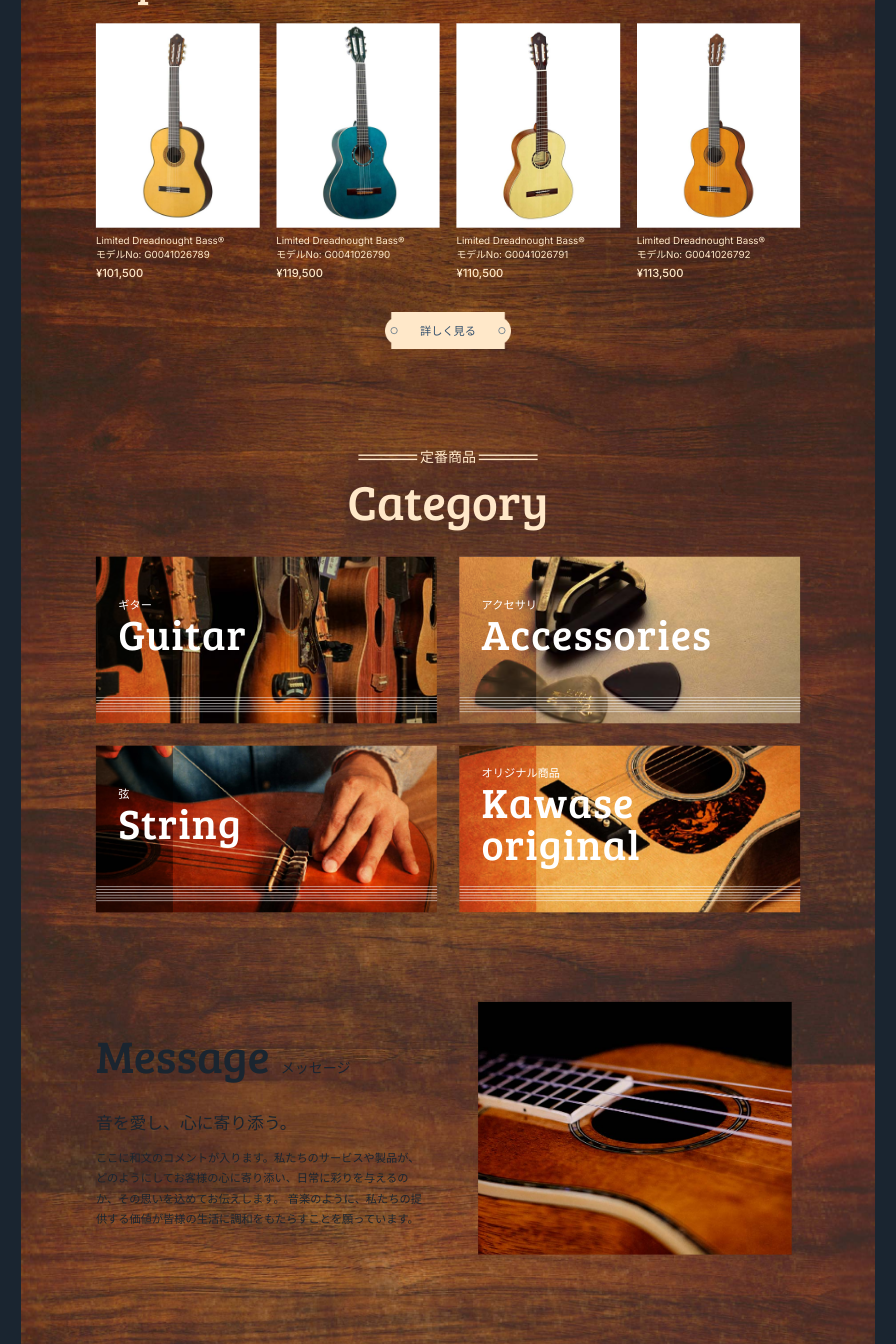
Repository: hyms035k/-----
Page: index.html
These files come from the project's save history. The page is drawn as it stood at one moment and after the next save; the edit follows.
The browser window is 1280 px wide. The pictures show the part of the page from y = 1526 to 3446 px (the page is 3446 px tall before and 3438 px after), at 70% of full size.
Some web fonts or font styles are not loaded; a fallback is used. Some web libraries are served in a nearby version. The style sheet was rebuilt from its Sass, Less or Tailwind sources for each picture, by a compiler version that may differ from the author's.

Above is the page before, as saved 2025-06-05 16:28:43.

After the next save:
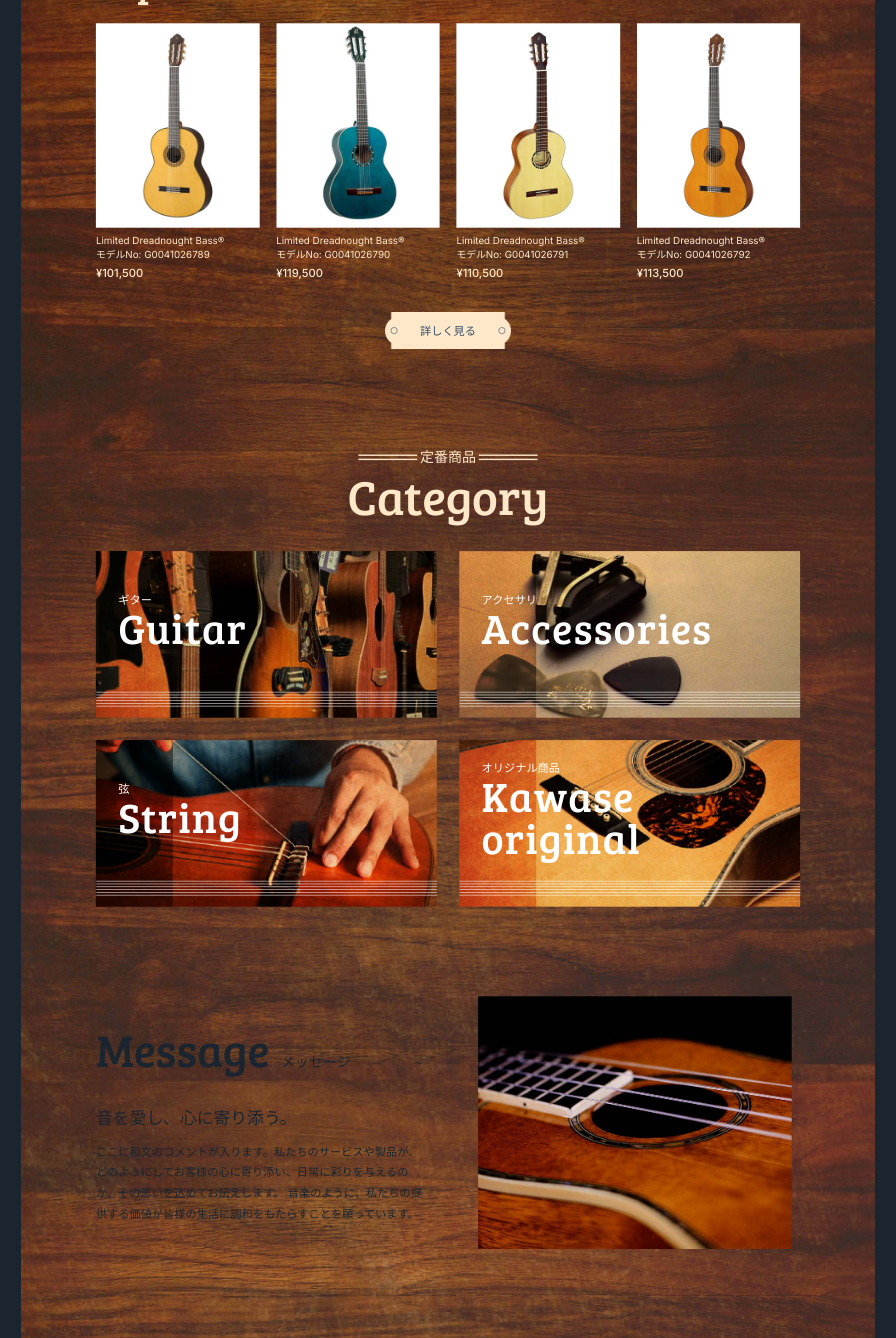
Saved 27 s later.
--- a/index.html
+++ b/index.html
@@ -243,7 +243,7 @@
                 <!-- 定番商品 / Category セクション -->
                 <div id="category" class="block-box pb-0 text-[#ffe8c9]">
                     <div class="text-center mb-11">
-                        <h2 class="outside-double-border text-3xl md:text-4xl lg:text-[20px] font-medium mb-2 leading-tight">定番商品</h2>
+                        <h2 class="outside-double-border text-3xl md:text-4xl lg:text-[20px] font-medium leading-tight">定番商品</h2>
                         <p class="font-serif text-lg lg:text-[70px] leading-none">Category</p>
                     </div>
 
